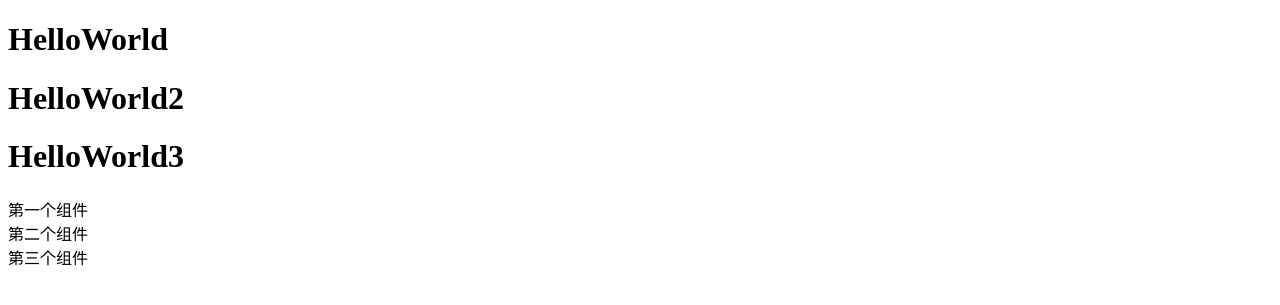
Repository: chenguocan/Vue_component
Page: 局部组件.html
An editor plug-in stored every save of this project. The page is shown before and after the next save, followed by the edit.
The browser window is 1280 px wide. The pictures show the whole page.

Above is the page before, as saved 2020-07-23 09:31:14.

### 局部组件.html
<!DOCTYPE html>
<html lang="en">
  <head>
    <meta charset="UTF-8" />
    <meta name="viewport" content="width=device-width, initial-scale=1.0" />
    <title>Document</title>
  </head>
  <body>
    <div id="app">
      <hello-world></hello-world>
      <hello-world2></hello-world2>
      <hello-world3></hello-world3>
      <first-component></first-component>
      <second-component></second-component>
      <third-component></third-component>
    </div>
  </body>
  <script src="./js/vue.js"></script>
  <script>
    var HelloWorld = {
      data: function () {
        return {
          msg: "HelloWorld",
        };
      },
      template: "<h1>{{msg}}</h1>",
    };
    var HelloWorld2 = {
      data: function () {
        return {
          msg: "HelloWorld2",
        };
      },
      template: "<h1>{{msg}}</h1>",
    };
    var HelloWorld3 = {
      data: function () {
        return {
          msg: "HelloWorld3",
        };
      },
      template: "<h1>{{msg}}</h1>",
    };
    Vue.component("first-component", {
      data: function () {
        return {
          msg: "第一个组件",
        };
      },
      template: `<div>{{msg}}</div>
      <first-component></first-component>
      <second-component></second-component>
      <third-component></third-component>`,
    });
    Vue.component("second-component", {
      data: function () {
        return {
          msg: "第二个组件",
        };
      },
      template: `<div>{{msg}}</div>
      <first-component></first-component>
      <second-component></second-component>
      <third-component></third-component>`,
    });
    Vue.component("third-component", {
      data: function () {
        return {
          msg: "第三个组件",
        };
      },
      template: `<div>{{msg}}</div>
      <first-component></first-component>
      <second-component></second-component>
      <third-component></third-component>`,
    });
    let app = new Vue({
      el: "#app",
      data: {},
      components: {
        "hello-world": HelloWorld,
        "hello-world2": HelloWorld2,
        "hello-world3": HelloWorld3,
      },
    });
  </script>
</html>

Loaded but not shown: js/vue.js (library)

After the next save:
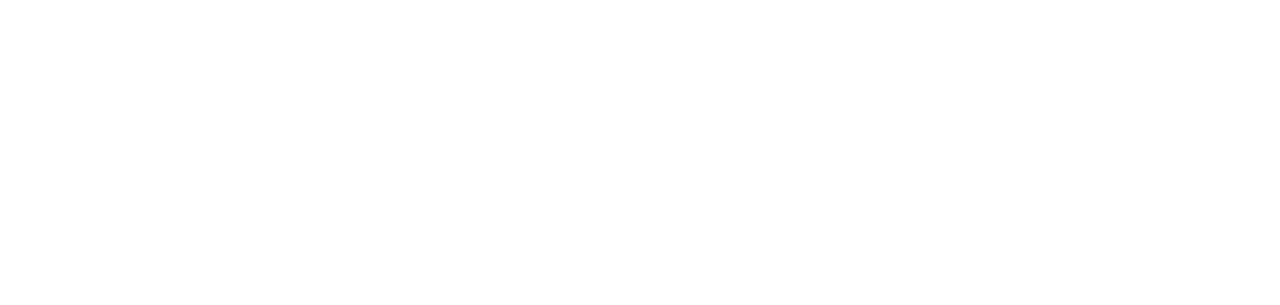
Console error: RangeError: Maximum call stack size exceeded
Saved 101 s later.
--- a/局部组件.html
+++ b/局部组件.html
@@ -42,6 +42,7 @@
       template: "<h1>{{msg}}</h1>",
     };
     Vue.component("first-component", {
+      el: "first",
       data: function () {
         return {
           msg: "第一个组件",
@@ -53,26 +54,34 @@
       <third-component></third-component>`,
     });
     Vue.component("second-component", {
+      el: ".second",
       data: function () {
         return {
           msg: "第二个组件",
         };
       },
-      template: `<div>{{msg}}</div>
+      template: `
+      <div class=".second">
+      <div>{{msg}}</div>
       <first-component></first-component>
       <second-component></second-component>
-      <third-component></third-component>`,
+      <third-component></third-component>
+      </div>`,
     });
     Vue.component("third-component", {
+      el: "third",
       data: function () {
         return {
           msg: "第三个组件",
         };
       },
-      template: `<div>{{msg}}</div>
+      template: `
+      <div class="third">
+      <div>{{msg}}</div>
       <first-component></first-component>
       <second-component></second-component>
-      <third-component></third-component>`,
+      <third-component></third-component>
+      </div>`,
     });
     let app = new Vue({
       el: "#app",

After the 4 saves that followed:
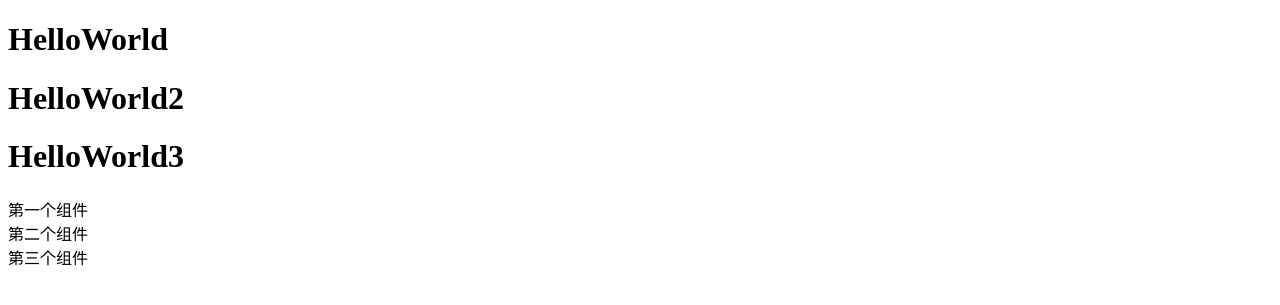
The error is gone.
The 4 saves are shown as one change because 3 left the picture as it was.
The last was saved 2 min 1 s later.
--- a/局部组件.html
+++ b/局部组件.html
@@ -42,46 +42,42 @@
       template: "<h1>{{msg}}</h1>",
     };
     Vue.component("first-component", {
-      el: "first",
       data: function () {
         return {
           msg: "第一个组件",
         };
       },
-      template: `<div>{{msg}}</div>
+      template: `
+      <div>{{msg}}</div>
       <first-component></first-component>
       <second-component></second-component>
-      <third-component></third-component>`,
+      <third-component></third-component>
+      `,
     });
     Vue.component("second-component", {
-      el: ".second",
       data: function () {
         return {
           msg: "第二个组件",
         };
       },
       template: `
-      <div class=".second">
       <div>{{msg}}</div>
       <first-component></first-component>
       <second-component></second-component>
       <third-component></third-component>
-      </div>`,
+      <`,
     });
     Vue.component("third-component", {
-      el: "third",
       data: function () {
         return {
           msg: "第三个组件",
         };
       },
       template: `
-      <div class="third">
       <div>{{msg}}</div>
       <first-component></first-component>
       <second-component></second-component>
-      <third-component></third-component>
-      </div>`,
+      <third-component></third-component>`,
     });
     let app = new Vue({
       el: "#app",
